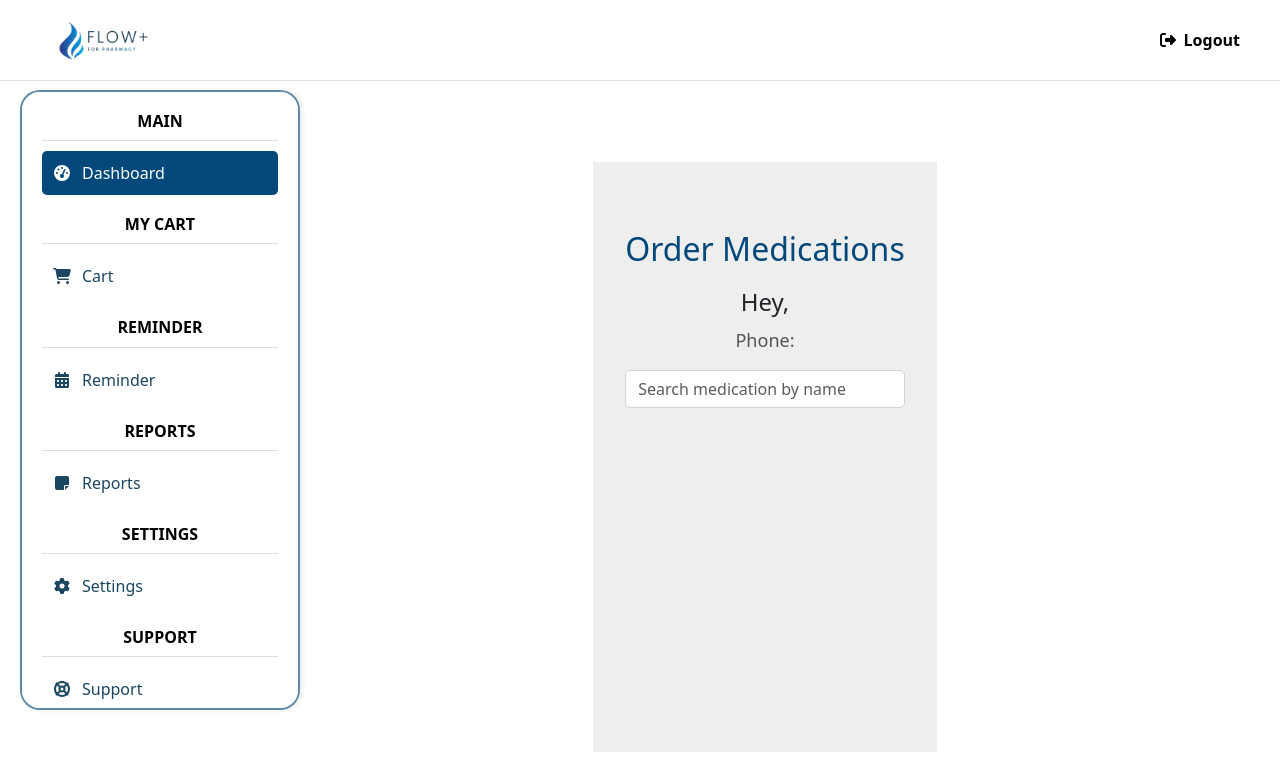
Repository: bindukabusara/Frontend
Page: /dash
The author's editor kept a copy of each file at every save. The page is drawn from the files as they stood at one save, then again after the next save.
The browser window is 1280 px wide. The pictures show the whole page.
The page's requests for data from a server got no answer. The project was rebuilt for these pictures with package versions that can differ from the ones it lists, and the page was loaded fresh each time. No one was signed in, and anything a server would have sent is missing. Also part of the build but not shown: vite.config.js, src/components/Home.jsx, src/components/authentification/Signup.css, src/components/authentification/Signup.jsx, src/components/authentification/Login.jsx, src/components/Pharmacy/Sidebar/Sidebar.jsx, src/components/Pharmacy/Sidebar/Navbar.jsx, src/components/Content/Dashboard.jsx and 13 more.

Above is the page before, as saved 2025-03-27 02:14:23.

After the next save:
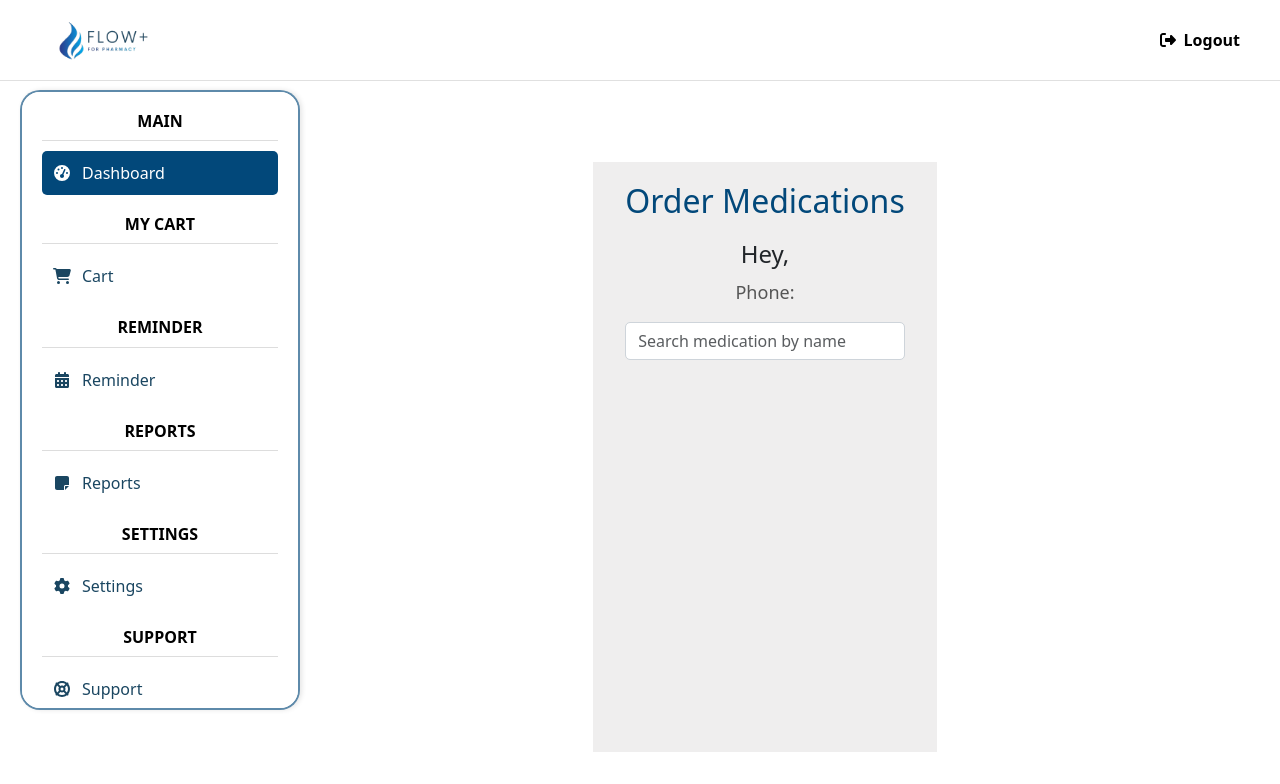
Saved 4 min 21 s later.
--- a/src/componentp/contents/Dash.jsx
+++ b/src/componentp/contents/Dash.jsx
@@ -172,7 +172,7 @@ const OrderPage = () => {
             <NavbarP />
             <SidebarP />
             <div className="main-content">
-                <Container><br></br><br></br>
+                <Container>
                     <h2>Order Medications</h2>
                     <div className="user-info">
                         <h4>Hey, {user?.firstName} {user?.lastName}</h4>
